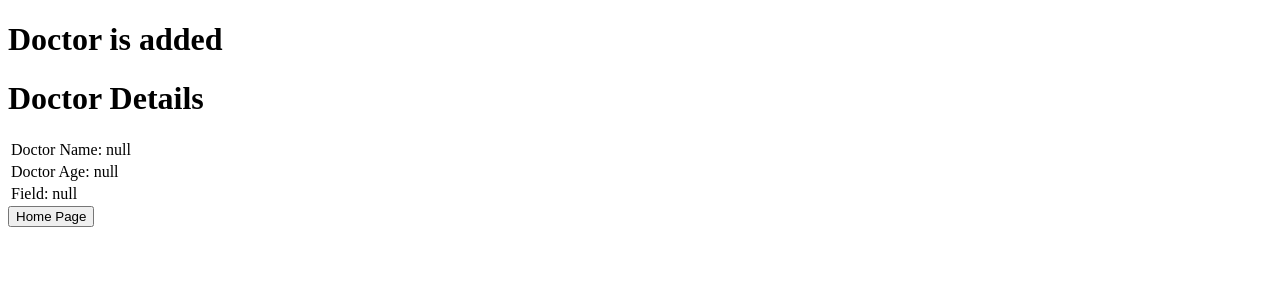
Repository: SangatiNithyaSai/SpringWorkspace
Page: http://localhost/doctoradded
The author's editor kept a copy of each file at every save. The page is drawn from the files as they stood at one save, then again after the next save.
The browser window is 1280 px wide. The pictures show the whole page.
The page is this project's Thymeleaf template; nobody is signed in. The template is opened directly, without the code that normally fills it, so the values that code supplies are empty.

Above is the page before, as saved 2022-03-30 11:36:33.

### hospital-management/src/main/resources/templates/doctoradded.html
<!DOCTYPE html>
<html>
<body>
  <p><h1>Doctor is added</h1></p>


  <h1>Doctor Details</h1>
  <table>
    <tr><td th:text="'Doctor Name: ' + ${doc.name}"></td> </tr>
    <tr><td th:text="'Doctor Age: ' + ${doc.age}"></td> </tr>
    <tr><td th:text="'Field: ' + ${doc.field}"></td> </tr>
  </table>

   <button onclick="myFunction()">Home Page</button>
<script>
function myFunction() {
  location.replace("/HospitalManagement/adminoperation")
}
</script>


</body>
</html>

After the next save:
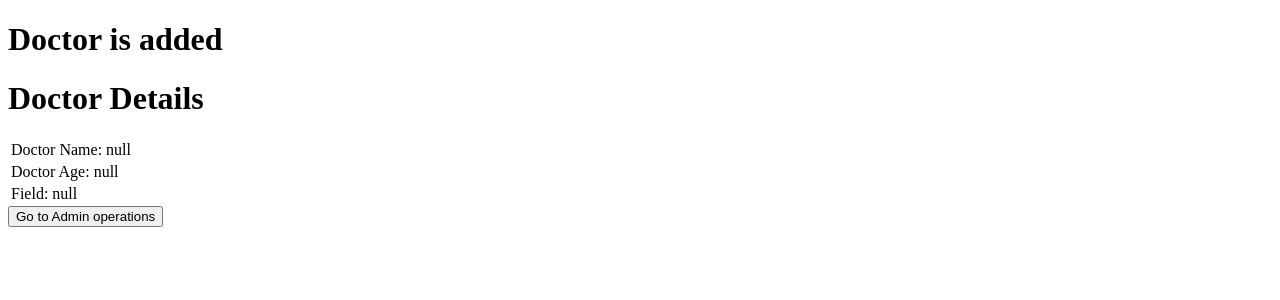
Saved 3 min 45 s later.
--- a/hospital-management/src/main/resources/templates/doctoradded.html
+++ b/hospital-management/src/main/resources/templates/doctoradded.html
@@ -11,7 +11,7 @@
     <tr><td th:text="'Field: ' + ${doc.field}"></td> </tr>
   </table>
 
-   <button onclick="myFunction()">Home Page</button>
+   <button onclick="myFunction()">Go to Admin operations</button>
 <script>
 function myFunction() {
   location.replace("/HospitalManagement/adminoperation")
